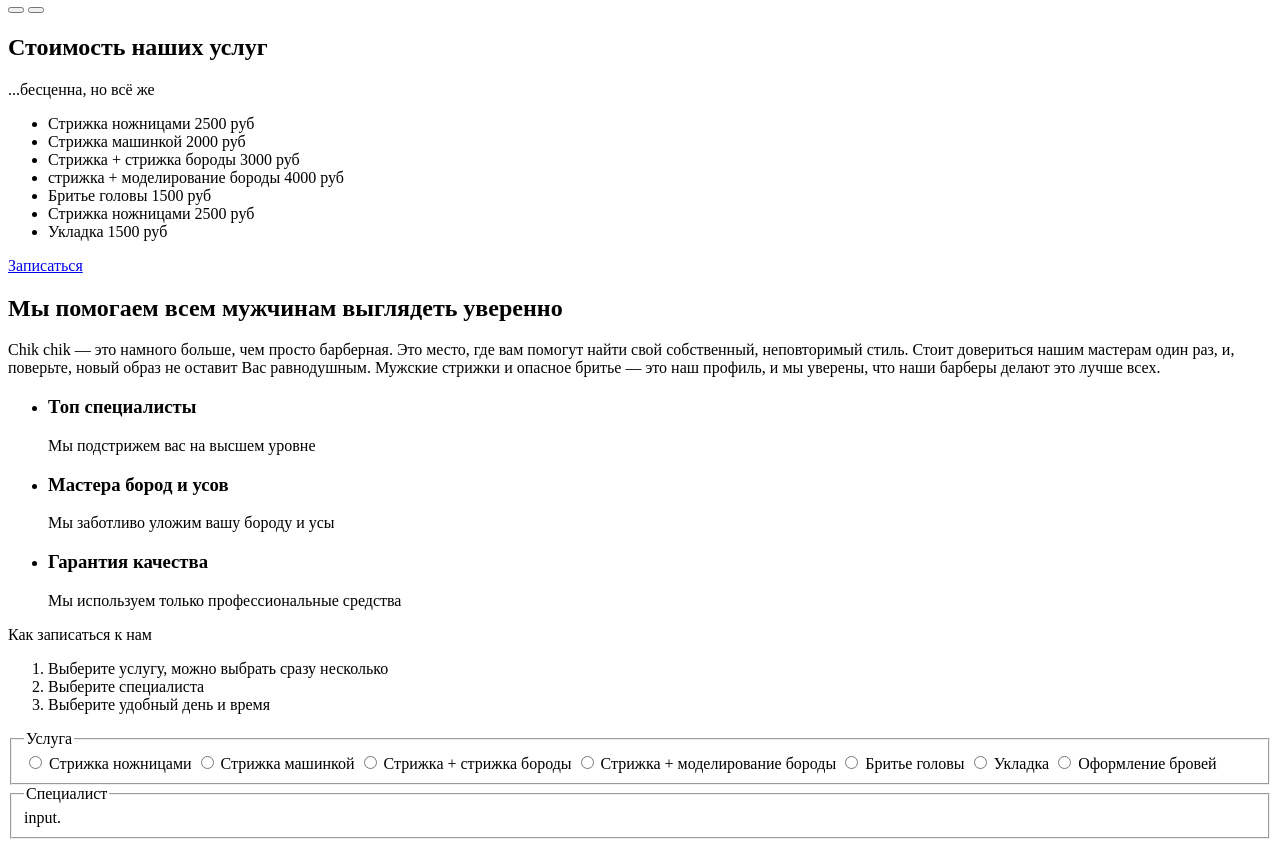
Repository: alexboagreek/chick-chick
Page: index.html
These files come from the project's save history. The page is drawn as it stood at one moment and after a run of saves; the edit follows.
The browser window is 1280 px wide. The pictures show the part of the page from y = 3047 to 3897 px (the page is 3894 px tall before and 3897 px after).
A picture or video elsewhere on the page could not be fetched, so the positions and the page height are approximate.

Above is the page before, as saved 2023-01-17 15:30:46.

### index.html
<!DOCTYPE html>
<html lang="ru">
<head>
    <meta charset="UTF-8">
    <meta http-equiv="X-UA-Compatible" content="IE=edge">
    <meta name="viewport" content="width=device-width, initial-scale=1.0">
    <title>Chick-Chick BarberShop</title>
</head>
<body>
    <header class="header">
        <div class="container">
            <img class="header__logo" src="assets/img/logo.svg" alt="логотип барбершоп Chick-Chick">

            <nav class="navigation header__navigation">
                <ul class="navigation__list">
                    <li class="navigation__item">
                        <a href="#price" class="navigation__link">Стоимость услуг</a>
                    </li>
                    <li class="navigation__item">
                        <a href="#about" class="navigation__link">О нас</a>
                    </li>
                </ul>
            </nav>

            <a href="#reserve" class="header__link main-link">Записаться</a>
        </div>
    </header>

    <main>
        <section class="hero">
            <div class="container">
                <h1 class="hero__title">
                    <span class="visually-hiddden">Барбершоп Chick-Chick</span>
                    <span>
                        Мы создаём искусство, которое не стыдно показать
                    </span>
                </h1>
               <div class="slider hero__slider">
                <div class="slider__container">
                    <ul class="slider__list">
                        <li class="slider__item">
                            <img src="assets/img/slide_01.jpg" alt="модельная стрижка" class="slider__img">
                        </li>
                        <li class="slider__item">
                            <img src="assets/img/slide_3.svg" alt="модельная стрижка" class="slider__img">
                        </li>
                        <li class="slider__item">
                            <img src="assets/img/slide_4.svg" alt="модельная стрижка" class="slider__img">
                        </li>
                        <li class="slider__item">
                            <img src="assets/img/slide_4.svg" alt="модельная стрижка" class="slider__img">
                        </li>
                        <li class="slider__item">
                            <img src="assets/img/slide_4.svg" alt="модельная стрижка" class="slider__img">
                        </li>
                        <li class="slider__item">
                            <img src="assets/img/slide_4.svg" alt="модельная стрижка" class="slider__img">
                        </li>
                        <li class="slider__item">
                            <img src="assets/img/slide_4.svg" alt="модельная стрижка" class="slider__img">
                        </li>
                        <li class="slider__item">
                            <img src="assets/img/slide_4.svg" alt="модельная стрижка" class="slider__img">
                        </li>
                    </ul>

                    <button class="slider__arrow slider__arrow_left" aria-label="предыдущий слайд"></button>
                    <button class="slider__arrow slider__arrow-right" aria-label="следующий слайд"></button>
                </div>
               </div>
            </div>
        </section>
        <section class="price" id="price">
            <div class="container">
                <h2 class="price__title">Стоимость наших услуг</h2>
                <p class="price__tagline">...бесценна, но всё же</p>

                <div class="price_-wrapper-content">
                    <div class="price__content">
                        <ul class="price__list">
                            <li class="price__item">
                                <span class="price__item-title">Стрижка ножницами</span>
                                <span class="price__item-count">2500 руб</span>
                            </li>
                            <li class="price__item">
                                <span class="price__item-title">Стрижка машинкой</span>
                                <span class="price__item-count">2000 руб</span>
                            </li>
                            <li class="price__item">
                                <span class="price__item-title">Стрижка + стрижка бороды</span>
                                <span class="price__item-count">3000 руб</span>
                            </li>
                            <li class="price__item">
                                <span class="price__item-title">стрижка + моделирование бороды</span>
                                <span class="price__item-count">4000 руб</span>
                            </li>
                            <li class="price__item">
                                <span class="price__item-title">Бритье головы</span>
                                <span class="price__item-count">1500 руб</span>
                            </li>
                            <li class="price__item">
                                <span class="price__item-title">Стрижка ножницами</span>
                                <span class="price__item-count">2500 руб</span>
                            </li>
                            <li class="price__item">
                                <span class="price__item-title">Укладка</span>
                                <span class="price__item-count">1500 руб</span>
                            </li>
                        </ul>

                        <a href="#reserve" class="price__link main-link">Записаться</a>
                    </div>
                </div>
            </div>
        </section>
        <section class="about" id="about">
            <div class="container">
                <h2 class="about__title">Мы помогаем всем мужчинам выглядеть уверенно</h2>
                <p class="about__description">
                    Сhik chik — это намного больше, чем просто барберная. Это место, где вам помогут найти свой собственный, неповторимый стиль. Стоит довериться нашим мастерам один раз, и, поверьте, новый образ не оставит Вас равнодушным. Мужские стрижки и опасное бритье — это наш профиль, и мы уверены, что наши барберы делают это лучше всех.
                </p>

                <ul class="about__list">
                    <li class="about__item">
                        <h3 class="about__item-title">Топ специалисты</h3>
                        <p class="about__item-description">Мы подстрижем вас на высшем уровне</p>
                    </li>
                    <li class="about__item">
                        <h3 class="about__item-title">Мастера бород и усов</h3>
                        <p class="about__item-description">Мы заботливо уложим вашу бороду и усы</p>
                    </li>
                    <li class="about__item">
                        <h3 class="about__item-title">Гарантия качества</h3>
                        <p class="about__item-description">Мы используем только профессиональные средства</p>
                    </li>
                </ul>
            </div>
        </section>
        <section class="reserve" id="reserve">
            <div class="container">
                <div class="reserve__title">Как записаться к нам</div>

                <ol class="reserve__list">
                    <li class="reserve__item">Выберите услугу, можно выбрать сразу несколько</li>
                    <li class="reserve__item">Выберите специалиста</li>
                    <li class="reserve__item">Выберите удобный день и время</li>
                </ol>
            </div>

            <form class="reserve__form">
                <div class="reserve__form-container">
                    <fieldset class="reserve__fieldset">
                        <legend class="reserve__legend">Услуга</legend>

                        <label class="radio">
                            <input class="radio__input" type="radio" name="service">
                            <span class="radio__label">Стрижка ножницами</span>
                        </label>

                        <label class="radio">
                            <input class="radio__input" type="radio" name="service">
                            <span class="radio__label">Стрижка машинкой</span>
                        </label>

                        <label class="radio">
                            <input class="radio__input" type="radio" name="service">
                            <span class="radio__label">Стрижка + стрижка бороды</span>
                        </label>

                        <label class="radio">
                            <input class="radio__input" type="radio" name="service">
                            <span class="radio__label">Стрижка + моделирование бороды</span>
                        </label>

                        <label class="radio">
                            <input class="radio__input" type="radio" name="service">
                            <span class="radio__label">Бритье головы</span>
                        </label>
                        <label class="radio">
                            <input class="radio__input" type="radio" name="service">
                            <span class="radio__label">Укладка</span>
                        </label>

                        <label class="radio">
                            <input class="radio__input" type="radio" name="service">
                            <span class="radio__label">Оформление бровей</span>
                        </label>
                    </fieldset>

                    <fieldset class="reserve__fieldset">
                        <legend class="reserve__legend">Специалист</legend>

                        <label class="radio">
                            input.
                        </label>
                    </fieldset>
                </div>
            </form>
        </section>
    </main>

    <footer class="footer"></footer>
</body>
</html>

After the next 3 saves:
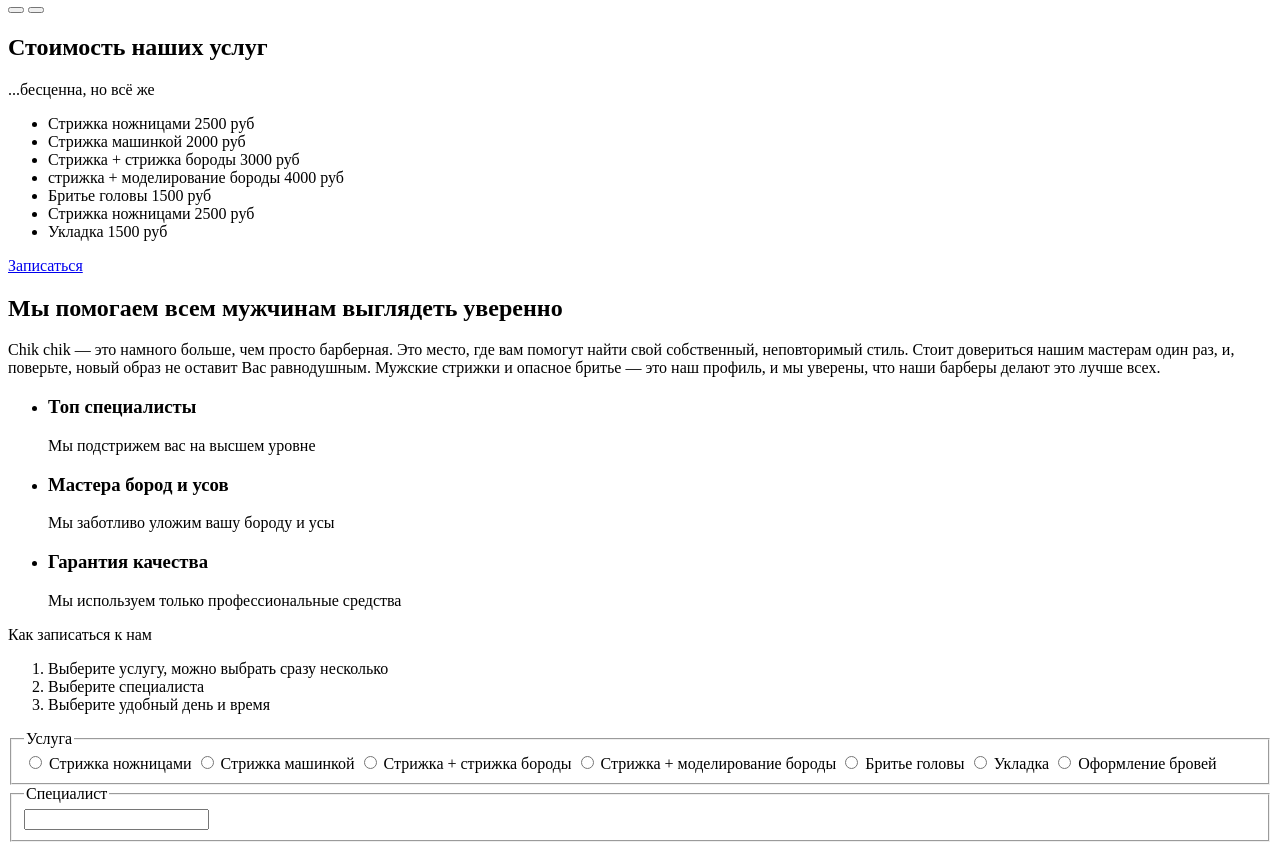
The 3 saves are shown as one change because they came seconds apart.
The last was saved 9 s later.
--- a/index.html
+++ b/index.html
@@ -191,7 +191,7 @@
                         <legend class="reserve__legend">Специалист</legend>
 
                         <label class="radio">
-                            input.
+                            <input type="text" class="radio__input">
                         </label>
                     </fieldset>
                 </div>
